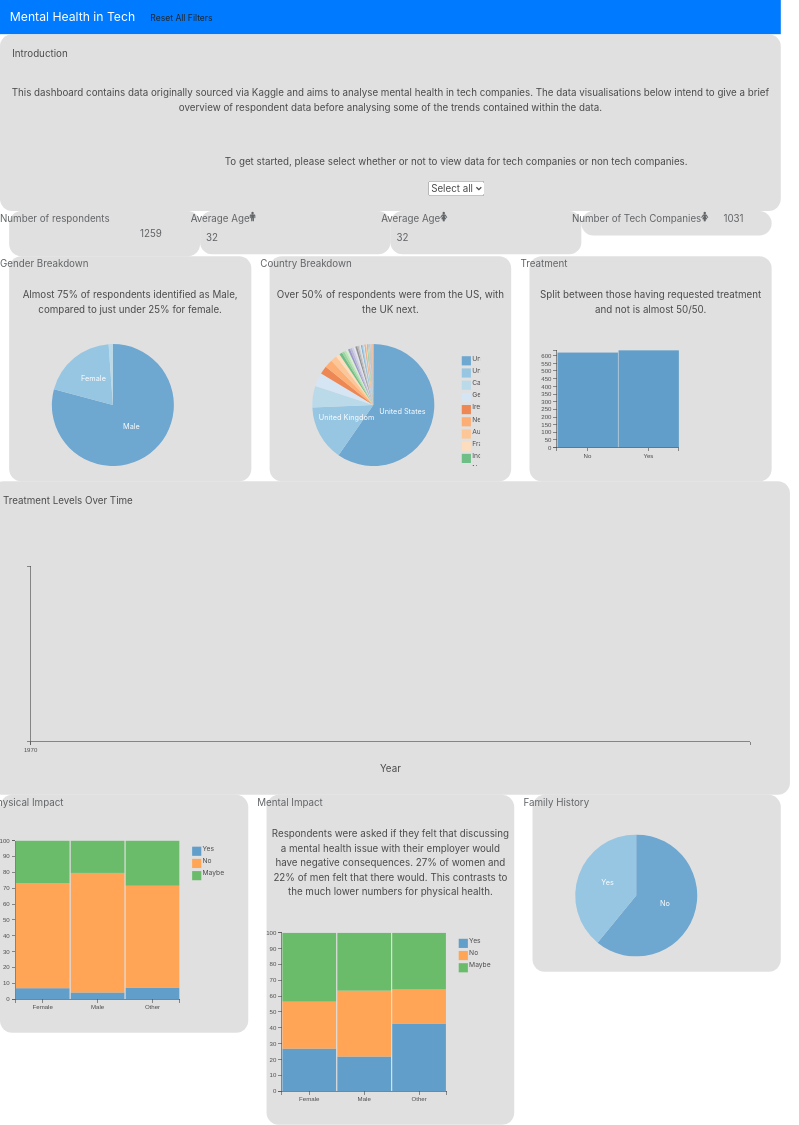
Repository: martingr1/mhdashboard
Page: index.html
The author's editor kept a record of every edit. The page is drawn from the files as they stood at one moment, then again after the next edit.
The browser window is 1280 px wide. The page is 1310 px wide, so the pictures cover 1310 px, including what lies to the right of the window. The pictures show the whole page, at 61% of full size.
Some web libraries are served in a nearby version.

Above is the page before.

After the next edit:
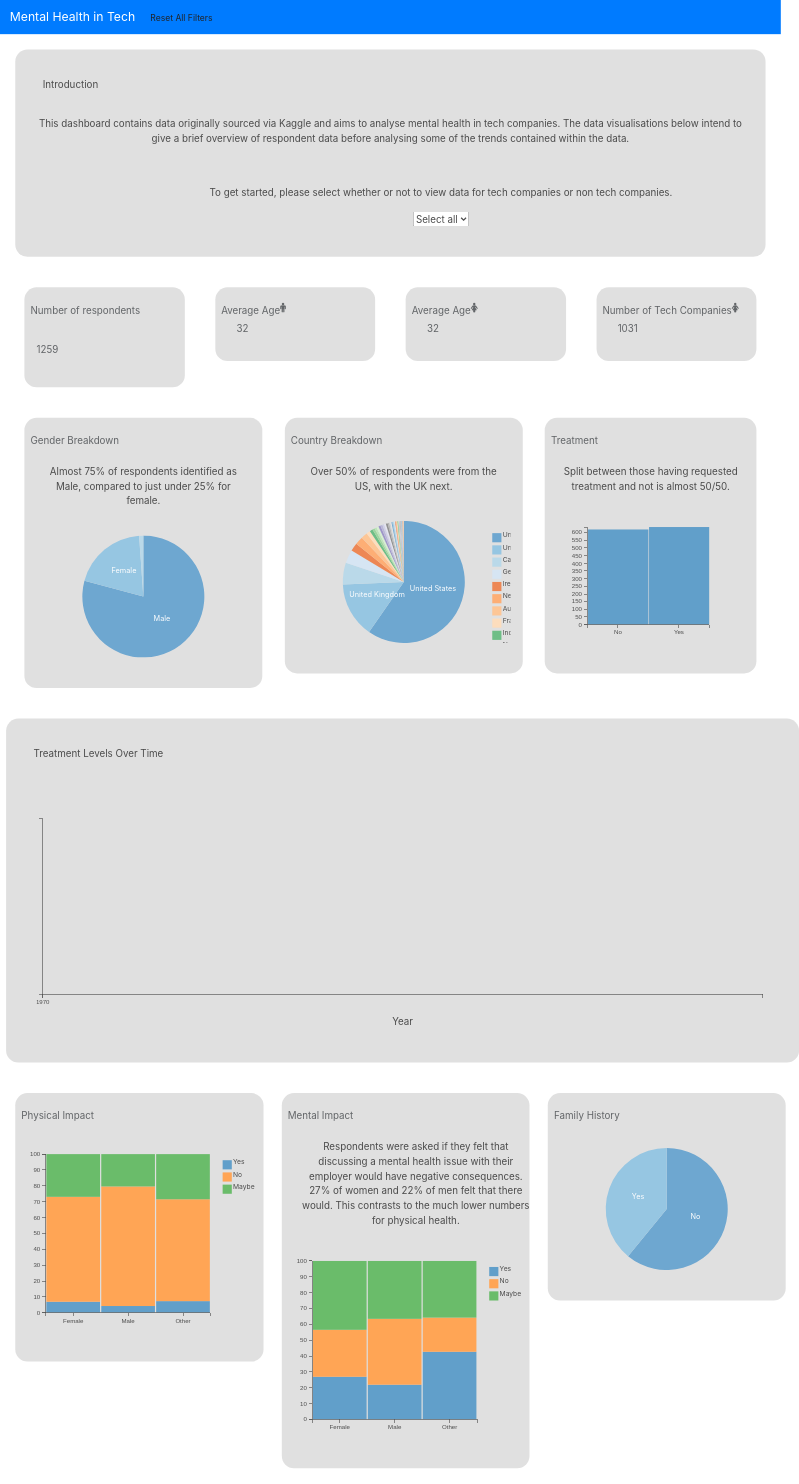
The edit:
--- a/static/css/style.css
+++ b/static/css/style.css
@@ -18,7 +18,8 @@
 	display: flex;
 	width: 100%;
 	height: auto;
-	margin: 0 auto;
+	margin: 25px;
+	padding: 25px;
 }
 
 .chart {
